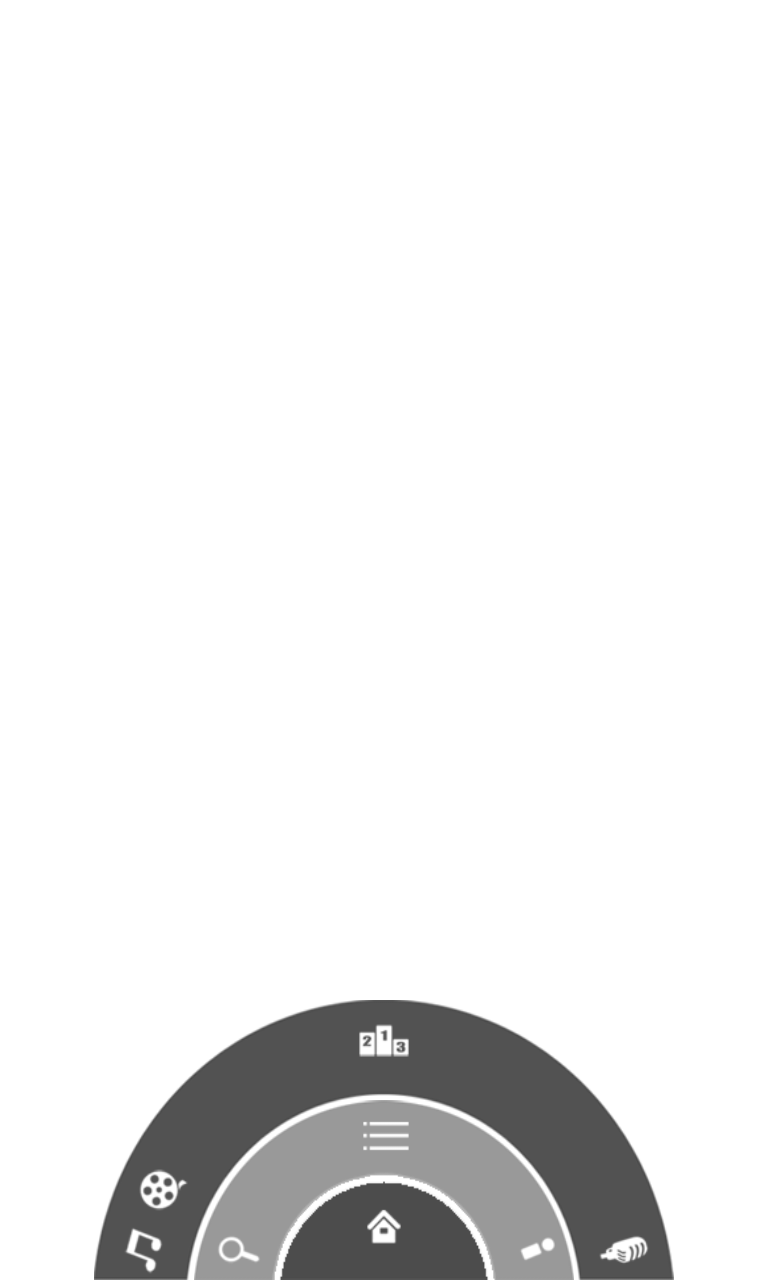
Repository: ASmouse/View
Layout: 02_UkuDemo14/res/layout/activity_main.xml
An editor plug-in stored every save of this project. The layout is shown before and after the next save, followed by the edit.
It is drawn on a 768 x 1280 px phone screen (xhdpi) without system bars, with theme AppTheme; the app's code is not run.

Above is the layout before, as saved 2015-10-24 03:07:47.

After the next save:
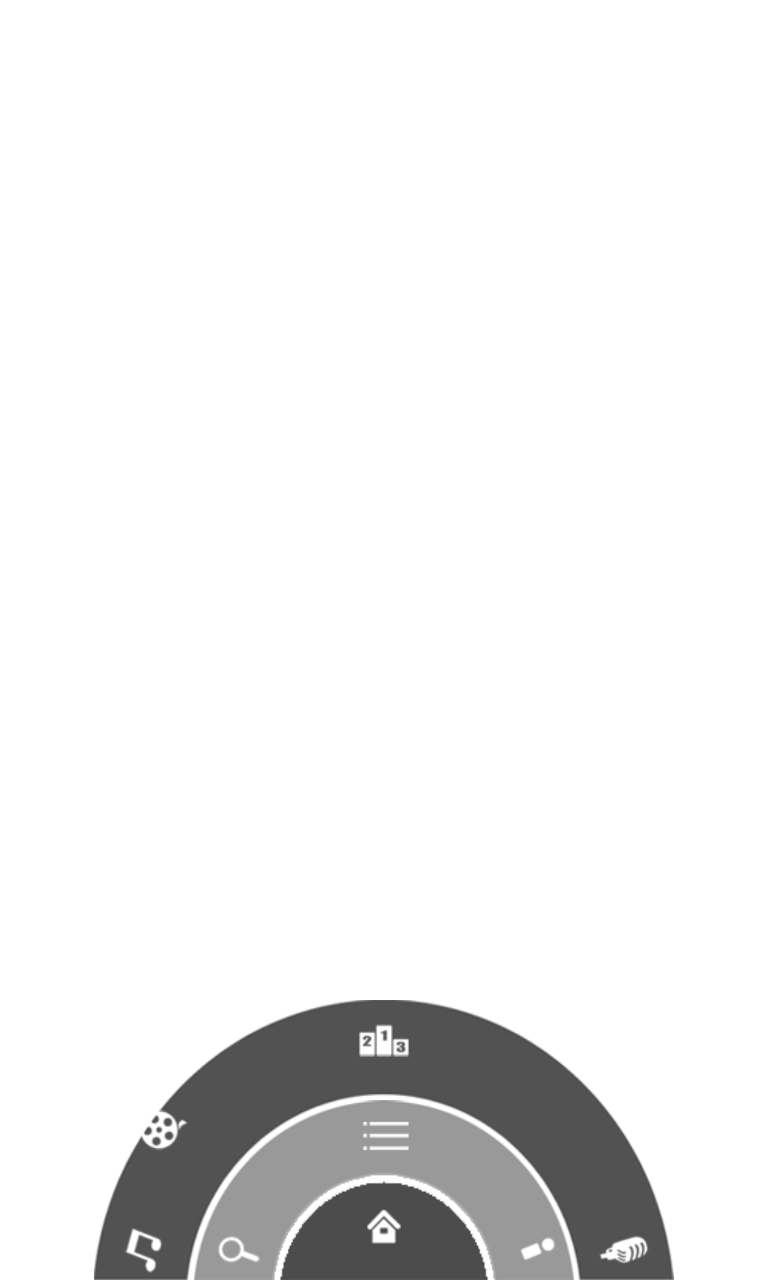
Saved 14 s later.
--- a/02_UkuDemo14/res/layout/activity_main.xml
+++ b/02_UkuDemo14/res/layout/activity_main.xml
@@ -111,7 +111,7 @@
             android:layout_marginLeft="20dip"
             android:layout_above="@id/channel1"
 
-
+            android:layout_marginBottom="30dip"
             android:layout_width="wrap_content"
             android:layout_height="wrap_content"
 
